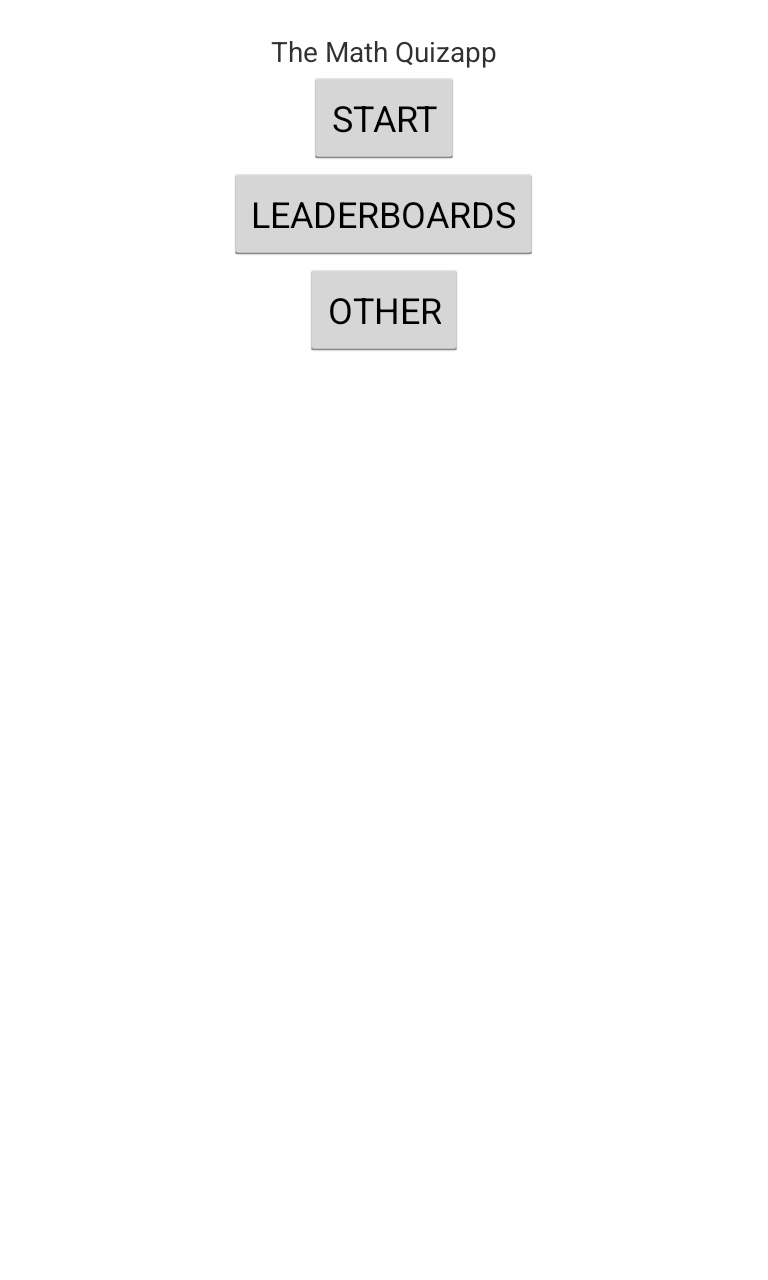
Repository: l2y/MathQuizApp
Layout: MathQuiz/res/layout/activity_start.xml
An editor plug-in stored every save of this project. The layout is shown before and after the next save, followed by the edit.
It is drawn on a 768 x 1280 px phone screen (xhdpi) without system bars, with theme AppTheme; the app's code is not run.

Above is the layout before, as saved 2014-04-08 00:45:18.

### MathQuiz/res/layout/activity_start.xml
<LinearLayout xmlns:android="http://schemas.android.com/apk/res/android"
    xmlns:tools="http://schemas.android.com/tools"
    android:layout_width="match_parent"
    android:layout_height="match_parent"
    android:paddingBottom="@dimen/activity_vertical_margin"
    android:paddingLeft="@dimen/activity_horizontal_margin"
    android:paddingRight="@dimen/activity_horizontal_margin"
    android:paddingTop="@dimen/activity_vertical_margin"
    tools:context=".StartActivity"
    android:orientation="vertical"
    android:gravity="center_horizontal">

    <TextView
        android:layout_width="wrap_content"
        android:layout_height="wrap_content"
        android:text="@string/title"
        android:gravity="center_vertical"/>

    <Button
        android:layout_width="wrap_content"
        android:layout_height="wrap_content"
        android:text="@string/start"/>

    <Button
        android:layout_width="wrap_content"
        android:layout_height="wrap_content"
        android:text="@string/leaderboards"/>

    <Button
        android:layout_width="wrap_content"
        android:layout_height="wrap_content"
        android:text="@string/other"/>

</LinearLayout>

### MathQuiz/res/values/strings.xml
<?xml version="1.0" encoding="utf-8"?>
<resources>

    <string name="app_name">Brain Up Mathematics</string>
    <string name="action_settings">Settings</string>
    <string name="title">The Math Quizapp</string>
    <string name="title_activity_quiz">QuizActivity</string>
    <string name="holder_equation">9 x 9 = ?</string>

<!--     Button Names -->
	<string name="start">START</string>
	<string name="leaderboards">LEADERBOARDS</string>
	<string name="other">OTHER</string>

</resources>

Loaded but not shown: MathQuiz/res/values/styles.xml (common file); MathQuiz/res/values-v11/styles.xml (common file); MathQuiz/res/values-v14/styles.xml (common file); MathQuiz/res/values/dimens.xml (common file)

After the next save:
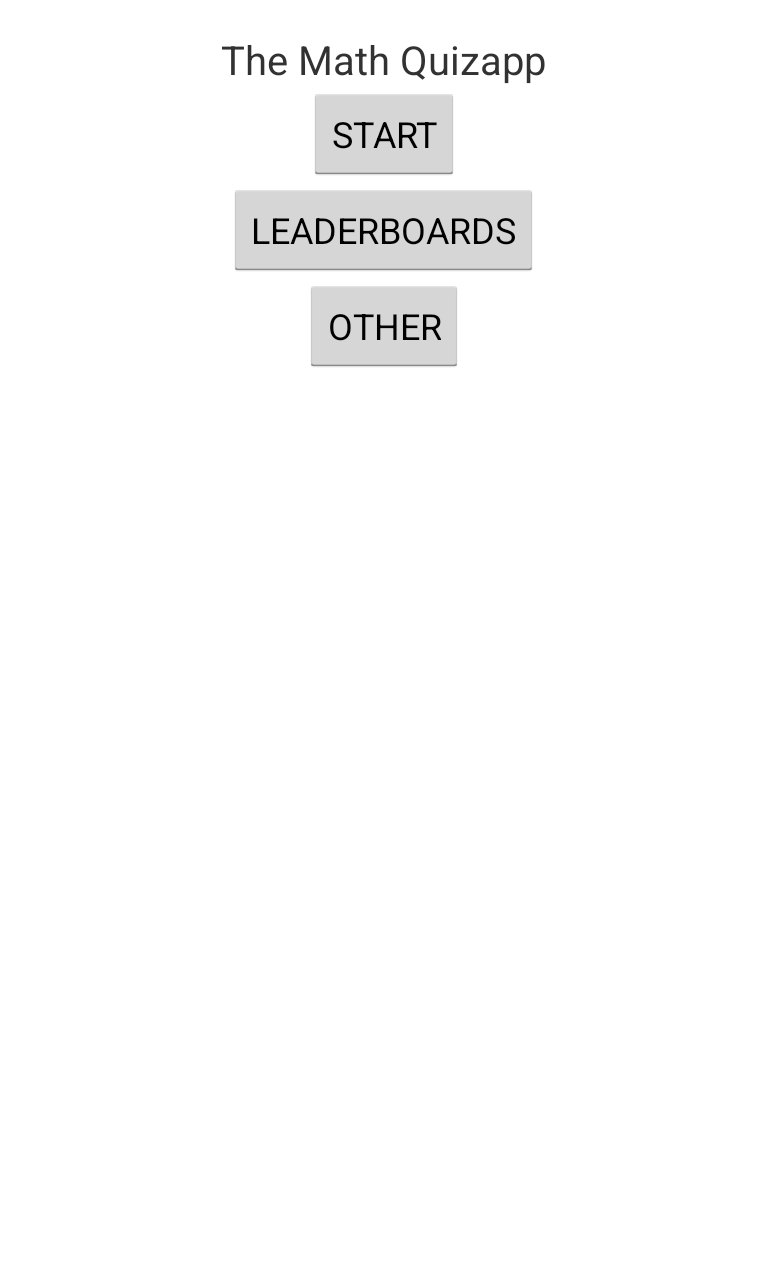
Saved 3 min 40 s later.
--- a/MathQuiz/res/layout/activity_start.xml
+++ b/MathQuiz/res/layout/activity_start.xml
@@ -14,7 +14,8 @@
         android:layout_width="wrap_content"
         android:layout_height="wrap_content"
         android:text="@string/title"
-        android:gravity="center_vertical"/>
+        android:gravity="center_vertical"
+        android:textSize="20sp"/>
 
     <Button
         android:layout_width="wrap_content"
